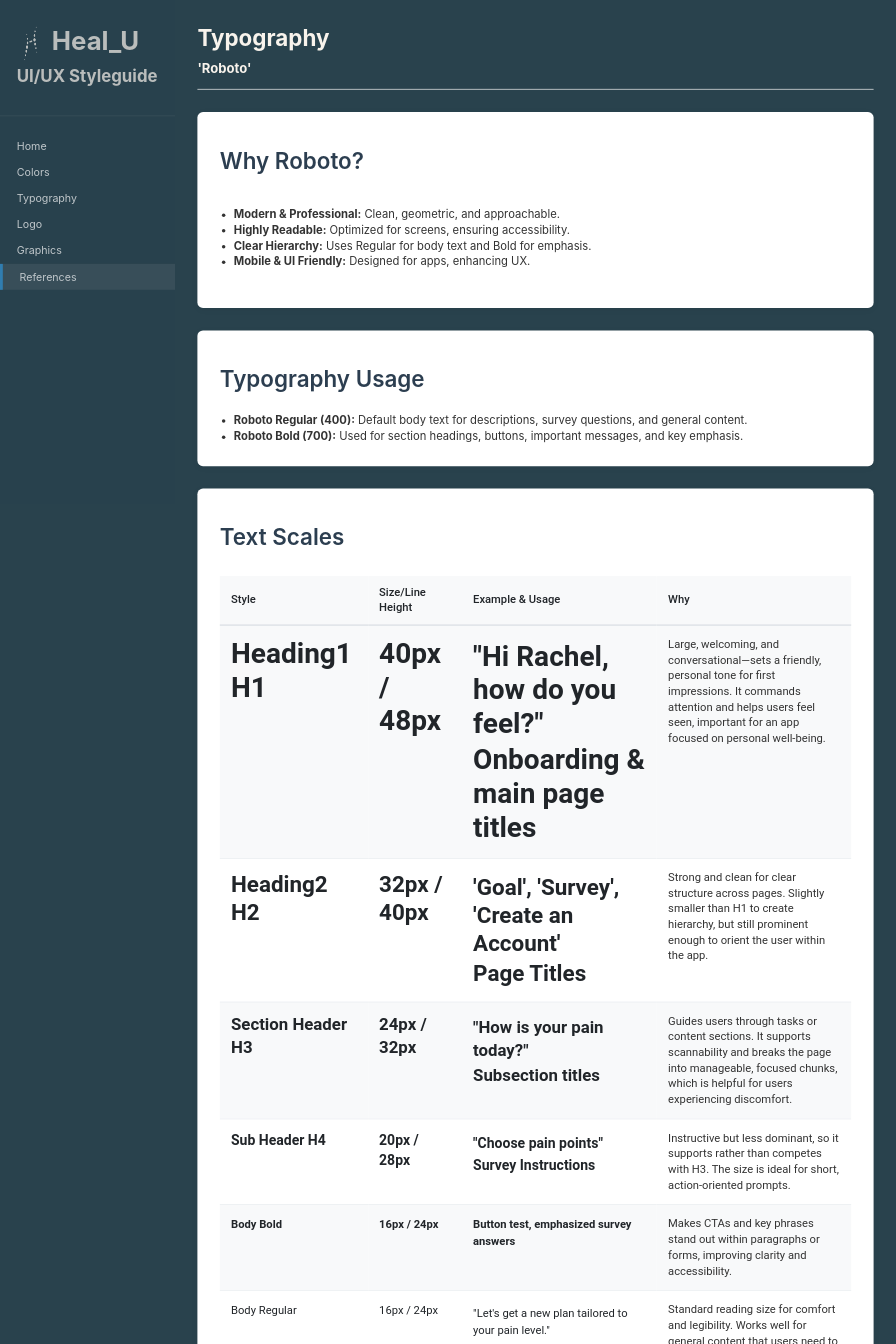
Repository: rosielee09/Heal_U
Page: typography.html
An editor plug-in stored every save of this project. The page is shown before and after the next save, followed by the edit.
The browser window is 1280 px wide. The pictures show the part of the page from y = 0 to 1920 px (the page is 2585 px tall), at 70% of full size.

Above is the page before, as saved 2025-04-06 12:48:56.

### typography.html

<!DOCTYPE html>
<html lang="en">
<head>
    <meta charset="UTF-8">
    <meta name="viewport" content="width=device-width, initial-scale=1.0">
    <link rel="apple-touch-icon" sizes="180x180" href="/apple-touch-icon.png">
    <link rel="icon" type="image/png" sizes="32x32" href="/favicon-32x32.png">
    <link rel="icon" type="image/png" sizes="16x16" href="/favicon-16x16.png">
    <link rel="manifest" href="/site.webmanifest">
    <link rel="stylesheet" href="styles.css">
    <title>Document</title>
</head>
<body>
    <div class="container">
        <!-- Sidebar Navigation -->
        <div class="sidebar">
            <div class="sidebar-header">
              <div class="logo">
                <img src="./img/logo/Logo - Heal U_sq_logo_light.png" alt="logo" width="40px" >
                <p>Heal_U</p>
              </div>
                <h1>UI/UX Styleguide</h1>

            </div>
            <ul class="nav">
                <li><a href="index.html">Home</a></li>
                <li><a href="colors.html">Colors</a></li>
                <li><a href="typography.html">Typography</a></li>
                <li><a href="logo.html">Logo</a></li>
                <li><a href="graphics.html">Graphics</a></li>
                <li class="active"><a href="references.html">References</a></li>
            </ul>
        </div>

        <!-- Main Content - Home Page -->
        <div class="content">
            <header class="page-header">
                <h2>Typography</h2>
                <h3 class="component-title-typography">'Roboto'</h3>
            </header>

            <div class="component">
                <div class="component-header">
                    <h3 class="component-title">Why Roboto?</h3>
                    <p class="component-description">
                        <ul style="margin-left: 20px; margin-top: 10px;">
                            <li><strong>Modern & Professional:</strong> Clean, geometric, and approachable.</li>
                            <li><strong>Highly Readable:</strong> Optimized for screens, ensuring accessibility.</li>
                            <li><strong>Clear Hierarchy:</strong> Uses Regular for body text and Bold for emphasis.</li>
                            <li><strong>Mobile & UI Friendly:</strong> Designed for apps, enhancing UX.</li>
                        </ul>
                    </p>
                </div>
            </div>

            <div class="component">
                <div class="component-header">
                    <h3 class="component-title">Typography Usage</h3>
                </div>
                <div class="component-content">
                    <ul style="margin-left: 20px; margin-top: 10px;">
                        <li><strong>Roboto Regular (400):</strong> Default body text for descriptions, survey questions, and general content.</li>
                        <li><strong>Roboto Bold (700):</strong> Used for section headings, buttons, important messages, and key emphasis.</li>

                    </ul>
                </div>
            </div>

            <div class="component">
                <div class="component-header">
                    <h3 class="component-title">Text Scales</h3>
                </div>
                <div class="component-content">
                  <table>
                    <thead>
                      <tr>
                        <th>Style</th>
                        <th>Size/Line Height</th>
                        <th>Example & Usage</th>
                        <th>Why</th>
                      </tr>
                    </thead>
                    <tbody>
                      <tr>
                        <td class="heading1 row1">Heading1 H1</td>
                        <td class="heading1 row1">40px / 48px</td>
                        <td class="heading1 row1">
                          <ul>
                            <li>"Hi Rachel, how do you feel?"</li>
                            <li>Onboarding & main page titles</li>
                          </ul>
                        </td>
                        <td class="typography-why">
                          Large, welcoming, and conversational—sets a friendly, personal tone for first impressions. It commands attention and helps users feel seen, important for an app focused on personal well-being.
                        </td>
                      </tr>
                      <tr>
                        <td class="heading2 row2">Heading2 H2</td>
                        <td class="heading2 row2">32px / 40px</td>
                        <td class="heading2 row2">
                          <ul>
                            <li>'Goal', 'Survey', 'Create an Account'</li>
                            <li>Page Titles</li>
                          </ul>
                        </td>
                        <td class=" typography-why">
                          Strong and clean for clear structure across pages. Slightly smaller than H1 to create hierarchy, but still prominent enough to orient the user within the app.
                        </td>
                      </tr>
                      <tr>
                        <td class="section-header row3">Section Header H3</td>
                        <td class="section-header row3">24px / 32px</td>
                        <td class="section-header row3">
                          <ul>
                            <li>"How is your pain today?"</li>
                            <li>Subsection titles</li>
                          </ul>
                        </td>
                        <td class="typography-why">
                          Guides users through tasks or content sections. It supports scannability and breaks the page into manageable, focused chunks, which is helpful for users experiencing discomfort.
                        </td>
                      </tr>
                      <tr>
                        <td class="sub-header row4">Sub Header H4</td>
                        <td class="sub-header row4">20px / 28px</td>
                        <td class="sub-header row4">
                          <ul>
                            <li>"Choose pain points"</li>
                            <li>Survey Instructions</li>
                          </ul>
                        </td>
                        <td class=" typography-why">
                          Instructive but less dominant, so it supports rather than competes with H3. The size is ideal for short, action-oriented prompts.
                        </td>
                      </tr>
                      <tr>
                        <td class="body-bold row5">Body Bold</td>
                        <td class="body-bold row5">16px / 24px</td>
                        <td class="body-bold row5">Button test, emphasized survey answers</td>
                        <td class=" typography-why">
                          Makes CTAs and key phrases stand out within paragraphs or forms, improving clarity and accessibility.
                        </td>
                      </tr>
                      <tr>
                        <td class="body row6">Body Regular</td>
                        <td class="body row6">16px / 24px</td>
                        <td class="body row6">
                          <ul>
                            <li>"Let's get a new plan tailored to your pain level."</li>
                            <li>Body description</li>
                          </ul>
                        </td>
                        <td class=" typography-why">
                          Standard reading size for comfort and legibility. Works well for general content that users need to read without strain.
                        </td>
                      </tr>
                      <tr>
                        <td class="small row7">Small Text</td>
                        <td class="small row7">14px / 20px</td>
                        <td class="small row7">
                          <ul>
                            <li>"14-day plan"</li>
                            <li>Chips</li>
                          </ul>
                        </td>
                        <td class="typography-why">
                          Small but still readable—ideal for secondary info like labels and tags. Keeps UI clean while providing context.
                        </td>
                      </tr>
                      <tr>
                        <td class="tiny-bold row8">Tiny Bold</td>
                        <td class="tiny-bold row8">12px / 18px</td>
                        <td class="tiny-bold row8">Nav-bar pages text</td>
                        <td class="typography-why">
                          Bold ensures visibility at smaller sizes, critical for navigation. Helps users stay oriented in the app even at a glance.
                        </td>
                      </tr>
                      <tr>
                        <td class="tiny row9">Tiny</td>
                        <td class="tiny row9">12px / 18px</td>
                        <td class="tiny row9">Icons text</td>
                        <td class="typography-why">
                          Pairs well with small icons for labeling. Small footprint keeps the UI uncluttered.
                        </td>
                      </tr>
                      <tr>
                        <td class="mini row10">Mini</td>
                        <td class="mini row10">8px / 12px</td>
                        <td class="mini row10">Numbers for the pain scale component</td>
                        <td class="typography-why">
                          Very small, used only where minimal visual weight is needed—such as numeric indicators. Prioritizes visual space without sacrificing function.
                        </td>
                      </tr>
                    </tbody>
                  </table>



                </div>
            </div>

        </div>
    </div>
</body>
</html>

### styles.css
* {
    margin: 0;
    padding: 0;
    box-sizing: border-box;
}

body {
    font-family: 'Inter', -apple-system, BlinkMacSystemFont, 'Segoe UI', Roboto, Oxygen, Ubuntu, Cantarell, sans-serif;
    line-height: 1.4;
    color: #333;
    background: #29424D;

    margin: 0;
    padding: 0;
    width: 100vw;
    height: 100vh;
}

hr {
    padding: 1rem;
    border: 0.4px solid white;
}

video {
    border-radius: 53px;
    padding: 0 10px;
}


/* Layout */
.container {
    display: flex;
    min-height: 100vh;
}

/* Sidebar Navigation */
.sidebar {
    width: 250px;
    background-color: #29424D;
    color: #F8F3EC;
    padding: 2rem 0;
    position: fixed;
    height: 100vh;
    overflow-y: hidden;
    opacity: 0.7;
}


.sidebar-header {
    padding: 0 1.5rem 2rem;
    border-bottom: 1px solid rgba(255, 255, 255, 0.1);
}

.sidebar-header h1 {
    font-size: 1.5rem;
    font-weight: 700;
    margin-bottom: 0.5rem;
}

.sidebar-header p {
    font-size: 0.875rem;
    opacity: 1;
}

.nav {
    list-style: none;
    padding: 1.5rem 0;
}

.nav li {
    padding: 0.5rem 1.5rem;
}

.nav li.active {
    background-color: rgba(255, 255, 255, 0.1);
    border-left: 4px solid #3498db;
}

.nav a {
    color: #fff;
    text-decoration: none;
    display: block;
    font-size: 0.95rem;
    transition: all 0.2s;
}

.nav a:hover {
    opacity: 1;
}

/* Logo in Navbar */
/* Logo styling */
.logo {
    display: flex;
    align-items: left;
    gap: 10px;  /* Space between logo image and text */
    /* padding: 0 1.5rem;  Match your sidebar padding */
}


.logo p {
    color: #F8F3EC;  /* Match your sidebar text color */
    font-weight: 700;
    font-size: 2.3rem;
    margin: 0;  /* Remove default paragraph margin */
    margin-bottom: 0.5rem;
}

/* Home page animation */
.body-homepage{
    overflow: hidden;
    position: relative;
    display: flex;
    align-items: center;
}
.animation--title {
    text-align: right;
    display: flex;
    flex-direction: column;
    justify-content: flex-end;
    margin-left: 50rem; /* Push to the right side */
    margin-right: 5%; /* Keep some space from the edge */
    width: 50%;
  }

  .animation--title-head {

    color: #F8F3EC;
    font-size: 8rem;
    line-height: 1.2;
    font-weight: bold;
    letter-spacing: 2px;
    font-family: 'Roboto', sans-serif;
    text-transform: uppercase;

  }

  .animation--title-subhead {
    color: #F8F3EC;
    font-size: 1.7rem;
    line-height: 1.5;
    font-family: 'Roboto', sans-serif;
    font-style: italic;
    margin-top: 2rem;
    margin-bottom: 2rem;
  }

  .animation--title-member {
    color: #F8F3EC;
    font-size: 1.4rem;
    line-height: 1.4;
    font-family: 'Roboto', sans-serif;

  }



  .blob {
    position: absolute;
    top: 0;
    left: 0;
    fill: #CFC4F4;
    width: 50vmax;
    z-index: -1;
    animation: move 10s ease-in-out infinite;
    transform-origin: 50% 50%;
  }

  @keyframes move {
    0%   { transform: scale(1)   translate(10px, -30px); }
    38%  { transform: scale(0.8, 1) translate(80vw, 30vh) rotate(160deg); }
    40%  { transform: scale(0.8, 1) translate(80vw, 30vh) rotate(160deg); }
    78%  { transform: scale(1.3) translate(0vw, 50vh) rotate(-20deg); }
    80%  { transform: scale(1.3) translate(0vw, 50vh) rotate(-20deg); }
    100% { transform: scale(1)   translate(10px, -30px); }
  }




/* Main Content */
.content {
    flex: 1;
    padding: 2rem;
    margin-left: 250px;
    max-width: calc(100% - 250px);
}

.page-header {
    margin-bottom: 2rem;
    padding-bottom: 1rem;
    border-bottom: 1px solid #eee;
}

.page-header h2 {
    font-size: 2rem;
    font-weight: 700;
    color: #F8F3EC;
    margin-bottom: 0.5rem;
}

.page-header p {
    color: #F8F3EC;
    font-size: 1.1rem;
}

/* Components Common Styles */
.component {
    background-color: #fff;
    border-radius: 8px;
    box-shadow: 0 2px 10px rgba(0, 0, 0, 0.05);
    padding: 2rem;
    padding-top: 1rem;
    margin-bottom: 2rem;
}

.component-section{
    margin-top: 3rem;
}

.component-header {
    margin-top: 1.5rem;
    margin-bottom: 1.5rem;
}

.component-title {
    font-size: 2rem;
    font-weight: 600;
    margin-top: 2rem;
    margin-bottom: 1rem;
    color: #2c3e50;
}

.component-description {
    color: #7f8c8d;
    padding-bottom: 1rem;
}


    /* Color Styles */
.color-grid {
    display: grid;
    grid-template-columns: repeat(auto-fill, minmax(300px, 1fr));
    gap: 1.5rem;
}

.color-grid__onlycolor {
    display: grid;
    grid-template-columns: repeat(auto-fill, minmax(300px, 2fr));
    gap: 1.5rem;
    align-items: start;
}


.color-grid__example {
    display: grid;
    grid-template-columns: repeat(auto-fill, minmax(400px, 2fr));
    gap: 1.5rem;
    align-items: start;
}

.color-grid__Accessiblilliy {
    display: grid;
    grid-template-columns: repeat(auto-fit, minmax(clamp(300px, 50%, 400px), 1fr));
    gap: 1.5rem;
}

.color-grid__expressive {
    display: grid;
    grid-template-columns: repeat(auto-fill, minmax(400px, 1fr));
    gap: 1.5rem;
    align-items: start;
}

.color-item {
    border-radius: 6px;
    overflow: hidden;
    box-shadow: 0 2px 5px rgba(0, 0, 0, 0.1);
}

.color-preview {
    height: 120px;
}

.color-info {
    padding: 1rem;
    background-color: #fff;
}

.color-name {
    font-weight: 600;
    margin-bottom: 0.25rem;
}

.color-value {
    font-family: monospace;
    color: #7f8c8d;
    font-size: 0.85rem;
}

.color__primary--preview{
    background-color: #29424D;
}

.color__secondary--preview{
    background-color: #CFC4F4;
}

.color__tertiary--preview {
    background-color: #F8F3EC;
}

.color__accent--preview{
    background-color: #CDF06B;
}

.color__success--preview{
    background-color: #138636;
}

.color__error--preview{
    background-color: #C32D2D;
}

.color__warning--preview{
    background-color: #FFBD11;
}

.color__info--preview{
    background-color: #4976BA;
}

.color__background--preview{
    background-color: #fff;
}

.color__text--preview{
    background-color: #2E2E30;
}

.color-accessiblillity-img {
    width: 100%;
    height: 70%;
}

.color-example-img{
    align-items: center;
}



/* Graphics */
.graphic-grid {
    display: grid;
    grid-template-columns: repeat(auto-fill, minmax(300px, 2fr));
    gap: 1.5rem;

}

/* section__icons */
.graphic-grid__icons{
    display: grid;
    grid-template-columns: repeat(5, 1fr);
    gap: 1.5rem;
}

.graphic-item{
   justify-items: center;

}


.graphic-menu__icon{
    padding: 8px;
    border: 0.4px solid lightgrey;
    border-radius: 8px;
}

.graphic-title{
    margin-top: 2rem;
    margin-bottom: 1rem;
}

.graphic-title-desc{
    margin-bottom: 1rem;
}

.graphic-item-grid1{
    margin-top: 3rem;
}


/* section illustrations */
.graphic-grid-illustrations,
.graphic-grid-images{
    display: grid;
    grid-template-columns: repeat(3, 1fr);
    gap: 1.5rem;
}
.graphic-item-illustrations,
.graphic-illustrations{
    max-width: 200px;
    max-height: 200px;
}
.graphic-icons{
    padding: 10px;
    border-radius: 16px;
}

/* Typography */

/* Import Roboto font with multiple weights */
@import url('https://fonts.googleapis.com/css2?family=Roboto:wght@400;500;700&display=swap');

.component-title-typography{
    color: #F8F3EC;
}

/* Table styling */
table {
  width: 100%;
  border-collapse: collapse;
  font-family: 'Roboto', sans-serif;
  margin: 2rem 0;
}

th {
  background-color: #f8f9fa;
  color: #212529;
  padding: 12px 16px;
  text-align: left;
  font-weight: 500;
  border-bottom: 2px solid #dee2e6;

}

td {
  padding: 16px;
  border-bottom: 1px solid #e9ecef;
  vertical-align: top;
}

/* Remove default list styling */
td li {
  list-style: none;
  margin: 4px 0;
  padding-left: 0;
}



.content-image {
  margin: auto;
  display: block;
  padding: 1rem;
}

.center {
  text-align: center;
}



.typography-item {
    margin-bottom: 2rem;
}


.heading1 {
  font-family: 'Roboto', sans-serif;
  font-size: 40px;
  line-height: 48px;
  font-weight: 700;
  color: #212529;

}

.heading2 {
  font-family: 'Roboto', sans-serif;
  font-size: 32px;
  line-height: 40px;
  font-weight: 700;
  color: #212529;
}

.section-header {
  font-family: 'Roboto', sans-serif;
  font-size: 24px;
  line-height: 32px;
  font-weight: 700;
  color: #212529;
}

.sub-header {
  font-family: 'Roboto', sans-serif;
  font-size: 20px;
  line-height: 28px;
  font-weight: 700;
  color: #212529;
}

.body-bold {
  font-family: 'Roboto', sans-serif;
  font-size: 16px;
  line-height: 24px;
  font-weight: 700;
  color: #212529;
}


.body {
  font-family: 'Roboto', sans-serif;
  font-size: 16px;
  line-height: 24px;
  font-weight: 400;
  color: #212529;
}

.small {
  font-family: 'Roboto', sans-serif;
  font-size: 14px;
  line-height: 20px;
  font-weight: 400;
  color: #212529;
}

.small-italic {
  font-family: 'Roboto', sans-serif;
  font-style: italic;
  font-size: 14px;
  line-height: 20px;
  font-weight: 400;
  color: #212529;
}

.tiny-bold {
  font-family: 'Roboto', sans-serif;
  font-size: 12px;
  line-height: 18px;
  font-weight: 700;
  color: #212529;
}

.tiny {
  font-family: 'Roboto', sans-serif;
  font-size: 12px;
  line-height: 18px;
  font-weight: 400;
  color: #212529;
}

.mini {
  font-family: 'Roboto', sans-serif;
  font-size: 8px;
  line-height: 12px;
  font-weight: 400;
  color: #212529;
  letter-spacing: 0.5px;
}

/* Add zebra striping for better readability */
tbody tr:nth-child(odd) {
  background-color: #f8f9fa;
}

/* Logo */

.title-inter {
    @import url('https://fonts.googleapis.com/css2?family=Inter&display=swap');
    font-family: 'Inter', sans-serif;
    font-size: 28px;
    font-weight: bold;
    line-height: 32px;
    letter-spacing: 0.5px;
}

After the next save:
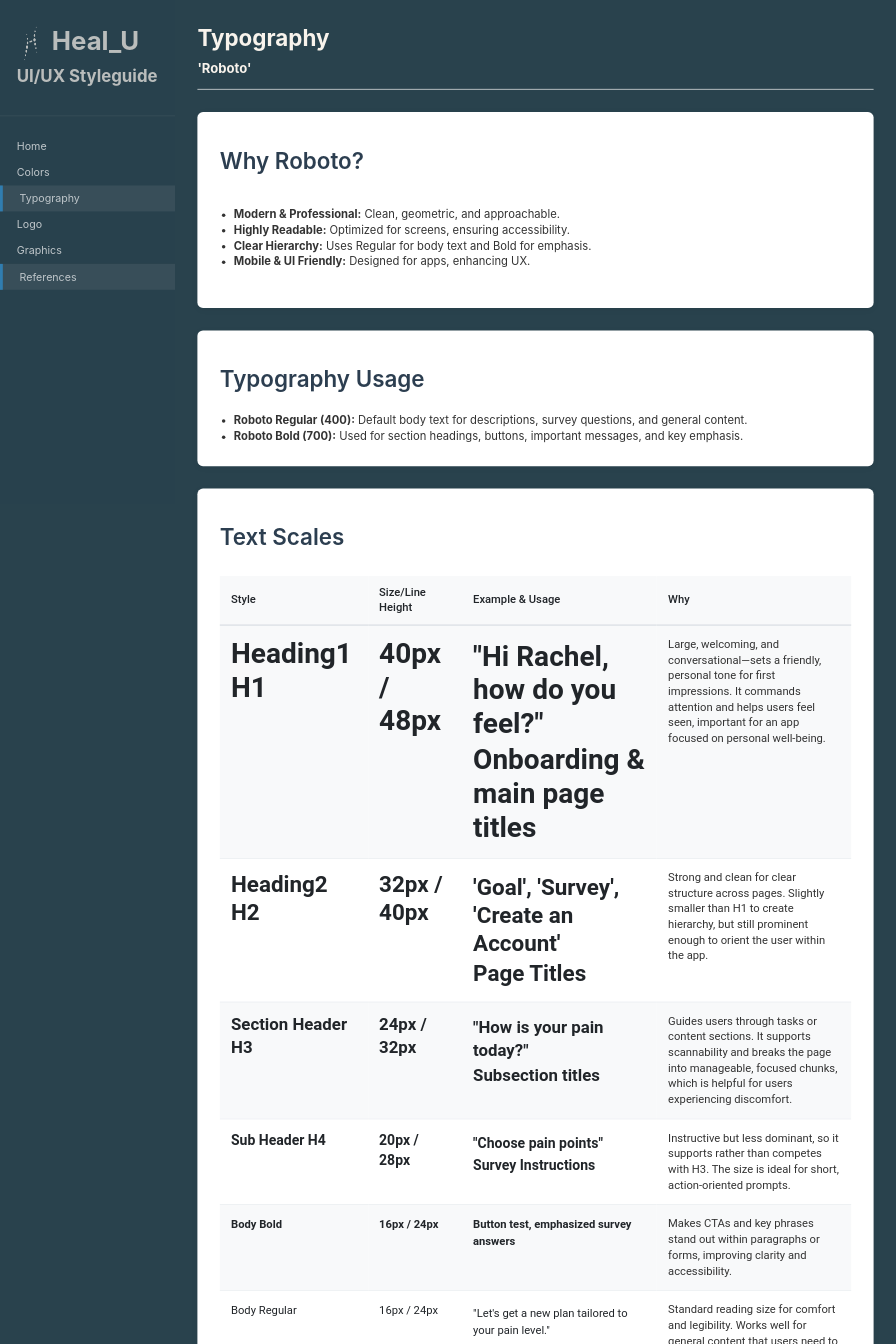
Saved 2 min 7 s later.
--- a/typography.html
+++ b/typography.html
@@ -26,7 +26,7 @@
             <ul class="nav">
                 <li><a href="index.html">Home</a></li>
                 <li><a href="colors.html">Colors</a></li>
-                <li><a href="typography.html">Typography</a></li>
+                <li class="active"><a href="typography.html">Typography</a></li>
                 <li><a href="logo.html">Logo</a></li>
                 <li><a href="graphics.html">Graphics</a></li>
                 <li class="active"><a href="references.html">References</a></li>
